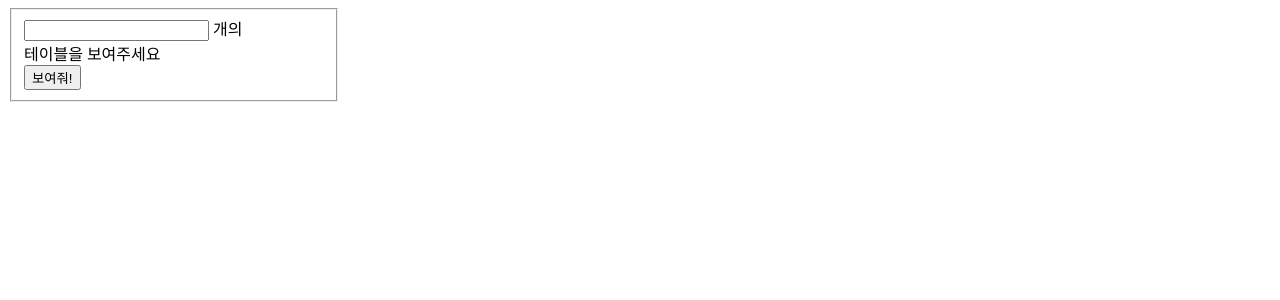
Repository: hus0124/M-IT
Page: JSP_Workspaces/Test2/WebContent/count_table.html
The author's editor kept a copy of each file at every save. The page is drawn from the files as they stood at one save, then again after the next save.
The browser window is 1280 px wide. The pictures show the whole page.

Above is the page before, as saved 2019-12-31 07:49:41.

After the next save:
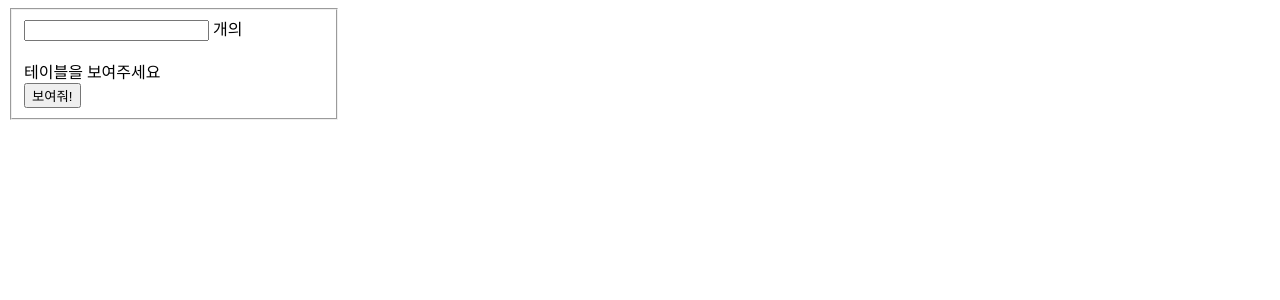
Saved 21 s later.
--- a/JSP_Workspaces/Test2/WebContent/count_table.html
+++ b/JSP_Workspaces/Test2/WebContent/count_table.html
@@ -7,7 +7,7 @@
 <body>
 <form action = "table.jsp">
 	<fieldset style = "width:300px">
-	<input type="text" name = "num">&nbsp;개의<br>
+	<input type="text" name = "num">&nbsp;개의<br><br>
 	테이블을 보여주세요<br>
 	<input type="submit" value = "보여줘!">
 	</fieldset>
